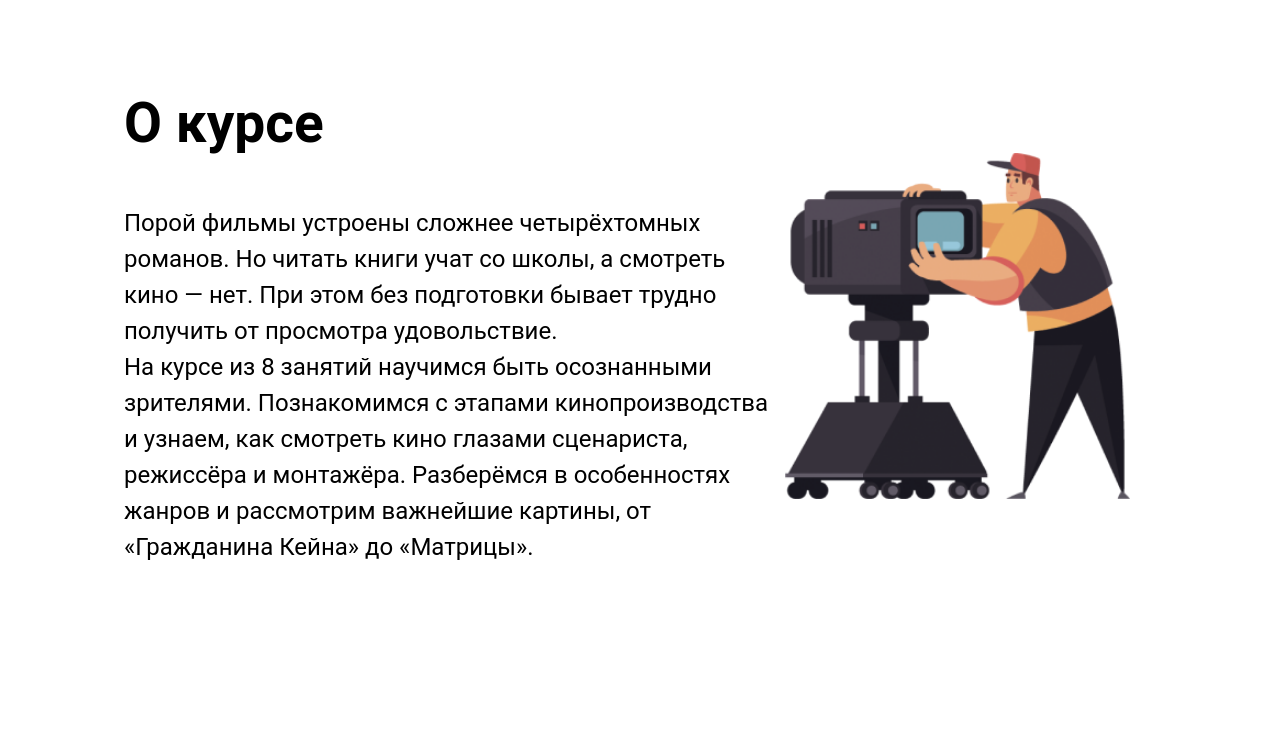
Repository: AytacSafarova/task-figma--1
Page: index.html
An editor plug-in stored every save of this project. The page is shown before and after a run of saves, followed by the edit.
The browser window is 1280 px wide. The pictures show the whole page.

Above is the page before, as saved 2023-04-29 20:08:19.

### index.html
<!DOCTYPE html>
<html lang="en">
<head>
  <meta charset="UTF-8" />
  <meta http-equiv="X-UA-Compatible" content="IE=edge" />
  <meta name="viewport" content="width=device-width, initial-scale=1.0" />
  <title>Document</title>
  <link rel="stylesheet" href="/index.css" />
</head>

<body>
  <div class="container">
    <div class="row up">
      <div class="col left">
        <div class="header">О курсе</div>
        <div class="text">
          <div>
            Порой фильмы устроены сложнее четырёхтомных романов. Но читать
            книги учат со школы, а смотреть кино — нет. При этом без
            подготовки бывает трудно получить от просмотра удовольствие.
          </div>
          <div>
            На курсе из 8 занятий научимся быть осознанными зрителями.
            Познакомимся с этапами кинопроизводства и узнаем, как смотреть
            кино глазами сценариста, режиссёра и монтажёра. Разберёмся в
            особенностях жанров и рассмотрим важнейшие картины, от
            «Гражданина Кейна» до «Матрицы».
          </div>
        </div>
      </div>
      <div class="col right">
        <img src="/images/_1 1.png" alt="" />
      </div>
    </div>

    <!-- <div class="down">
      <div class="image">
        <img src="/images/photo 1.png" alt="" />
      </div>

      <ul class="list">
        <li>
          <h5>8 занятий</h5>
          <p>Для погружения в кинематограф</p>
        </li>

        <li>
          <h5>8 занятий</h5>
          <p>Для погружения в кинематограф</p>
        </li>

        <li>
          <h5>8 занятий</h5>
          <p>Для погружения в кинематограф</p>
        </li>
      </ul>
    </div> -->
  </div>
</body>

</html>

### index.css
*{
    margin: 0;
    padding: 0;
}

.container{
padding: 91px 150px 173px 124px;
}

.row{
    display: flex;
    justify-content: space-between;
    align-items: center;
}

.left{
    width: 700px;
}

.header{
    font-size: 55px;
    font-family: 'Roboto', sans-serif;
    font-weight: 700;
    margin-bottom: 50px;
}
.text div{
    font-size: 24px;
    font-family: 'Roboto', sans-serif;
    font-weight: 400;
    line-height: 36px;
}

.right{
    width: 366px;
}
.right img{
    width: 100%;
}

.down{
    display: flex;
    align-items: center;
    justify-content: space-between;
    margin-top:94px;
}

.image{
    width: 232px;
}

.image img{
    width: 100%;
}


.list{
    display: flex;
    padding-right: 314px ;
}

li{
    width: 150px;
    margin-left: 95px;
}

After the next 2 saves:
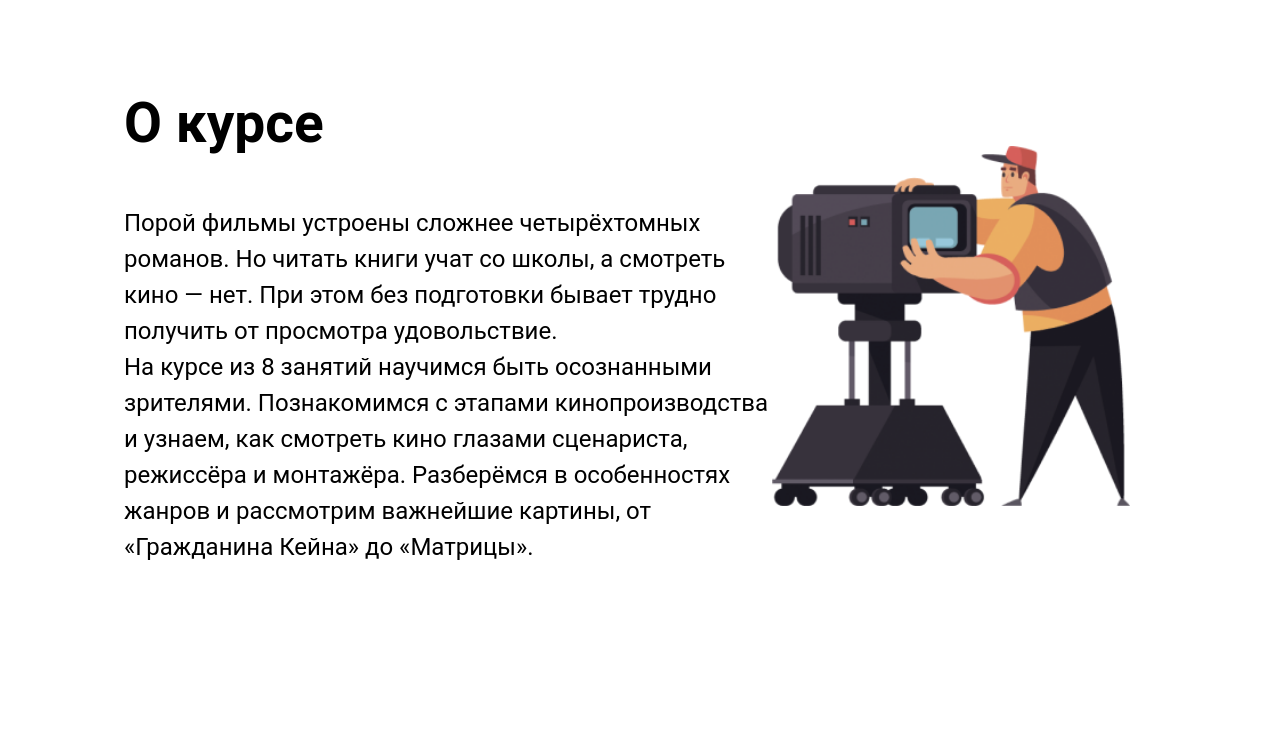
The 2 saves are shown as one change because they came seconds apart.
The last was saved 2 min 25 s later.
--- a/index.css
+++ b/index.css
@@ -14,8 +14,9 @@ padding: 91px 150px 173px 124px;
 }
 
 .left{
-    width: 700px;
+    width: 662px;
 }
+
 
 .header{
     font-size: 55px;
